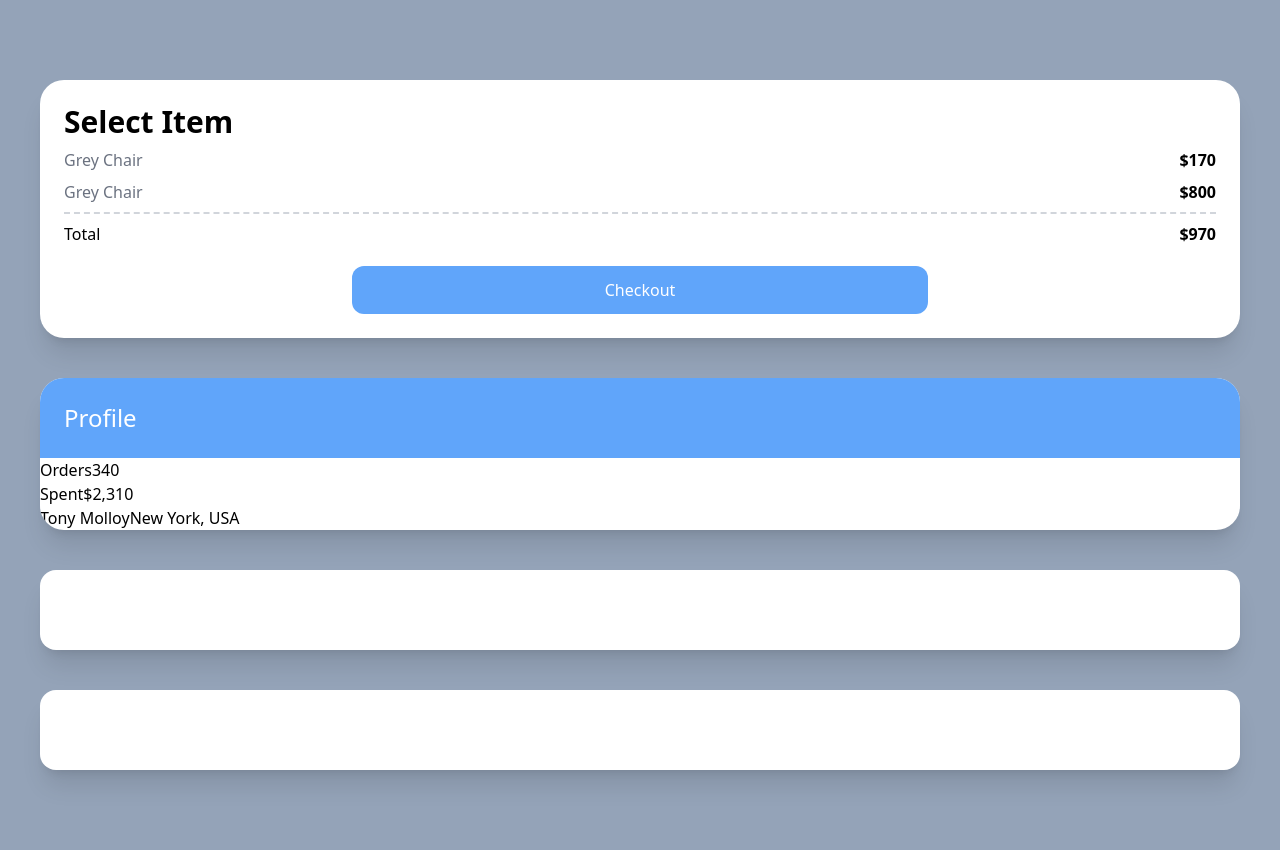
Repository: pjk0007/nextjs-carrot-marcket
Page: /
The author's editor kept a copy of each file at every save. The page is drawn from the files as they stood at one save, then again after the next save.
The browser window is 1280 px wide. The pictures show the whole page.
The project was rebuilt for these pictures with package versions that can differ from the ones it lists, and the page was loaded fresh each time. The framework's server and built-in components were replaced by stand-ins that run in the browser. Also part of the build but not shown: next.config.js.

Above is the page before, as saved 2022-04-30 13:09:43.

### pages/index.tsx
import type { NextPage } from 'next'
const Home: NextPage = () => {
  return (
    <div className='bg-slate-400 py-20 px-10 grid gap-10'>
      <div className='bg-white p-6 rounded-3xl shadow-xl'>
        <span className='font-semibold text-3xl'>Select Item</span>
        <div className='flex justify-between my-2'>
          <span className='text-gray-500'>Grey Chair</span>
          <span className='font-semibold'>$170</span>
        </div>
        <div className='flex justify-between'>
          <span className='text-gray-500'>Grey Chair</span>
          <span className='font-semibold'>$800</span>
        </div>
        <div className='flex justify-between mt-2 pt-2 border-t-2 border-dashed border-gray-300'>
          <span>Total</span>
          <span className='font-semibold'>$970</span>
        </div>
        <div className='mt-5 bg-blue-400 text-white p-3 text-center rounded-xl w-1/2 mx-auto'>Checkout</div>
      </div>

      <div className='bg-white overflow-hidden rounded-3xl shadow-xl'>
        <div className='bg-blue-400 p-6'>
          <span className='text-white text-2xl'>Profile</span>
        </div>
        <div>
          <div>
            <div>
              <span>Orders</span>
              <span>340</span>
            </div>
            <div />
            <div>
              <span>Spent</span>
              <span>$2,310</span>
            </div>
            <div>
              <span>Tony Molloy</span>
              <span>New York, USA</span>
            </div>
          </div>
        </div>
      </div>
      <div className='bg-white p-10 rounded-2xl shadow-xl'></div>
      <div className='bg-white p-10 rounded-2xl shadow-xl'></div>
    </div>
  );
}

export default Home

### tailwind.config.js
module.exports = {
  content: [
    "./pages/**/*.{js,jsx,ts,tsx}",
    "./components/**/*.{js,jsx,ts,tsx}"
  ],
  theme: {
    extend: {},
  },
  plugins: [],
}

Loaded but not shown: pages/_app.tsx (common file); styles/globals.css (common file)

After the next save:
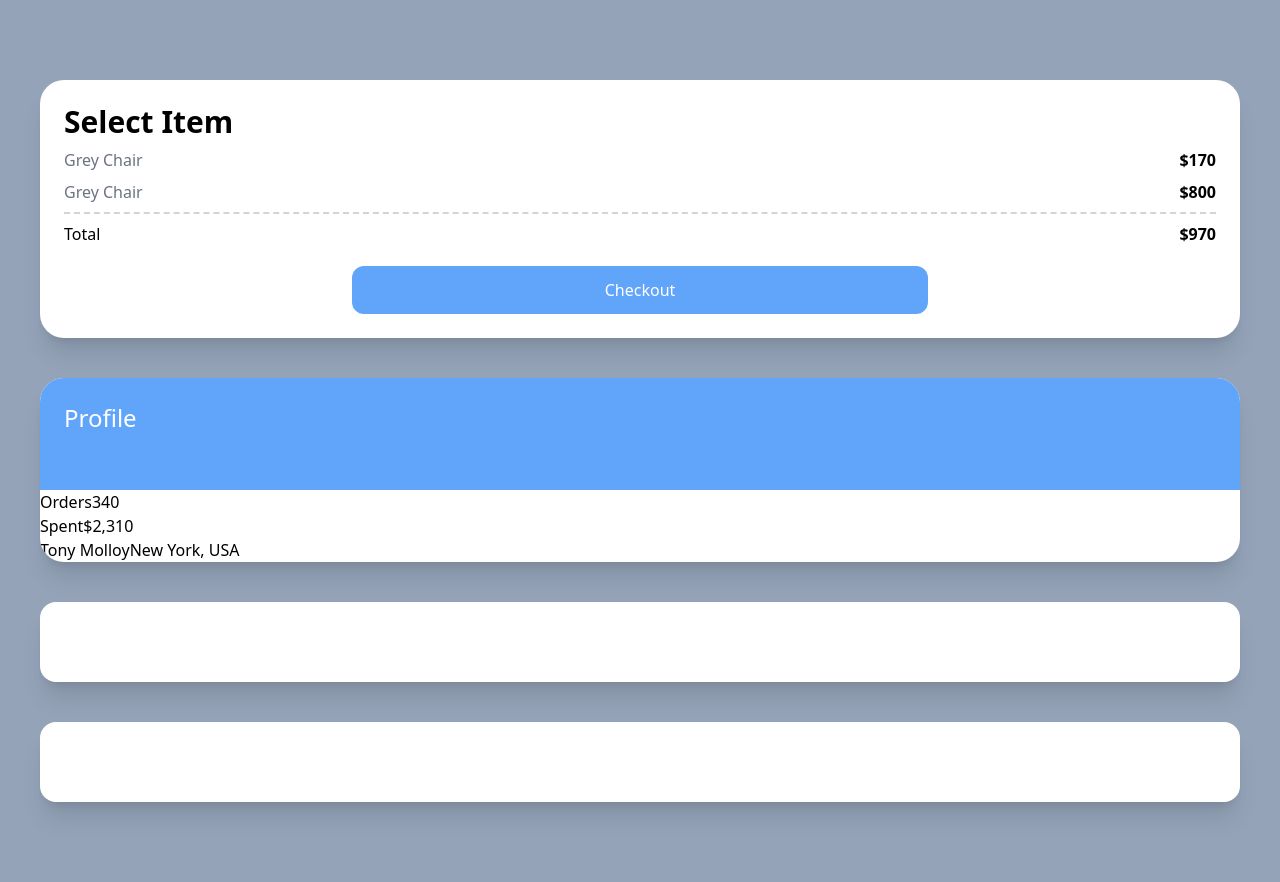
Saved 12 s later.
--- a/pages/index.tsx
+++ b/pages/index.tsx
@@ -20,7 +20,7 @@ const Home: NextPage = () => {
       </div>
 
       <div className='bg-white overflow-hidden rounded-3xl shadow-xl'>
-        <div className='bg-blue-400 p-6'>
+        <div className='bg-blue-400 p-6 pb-14'>
           <span className='text-white text-2xl'>Profile</span>
         </div>
         <div>
